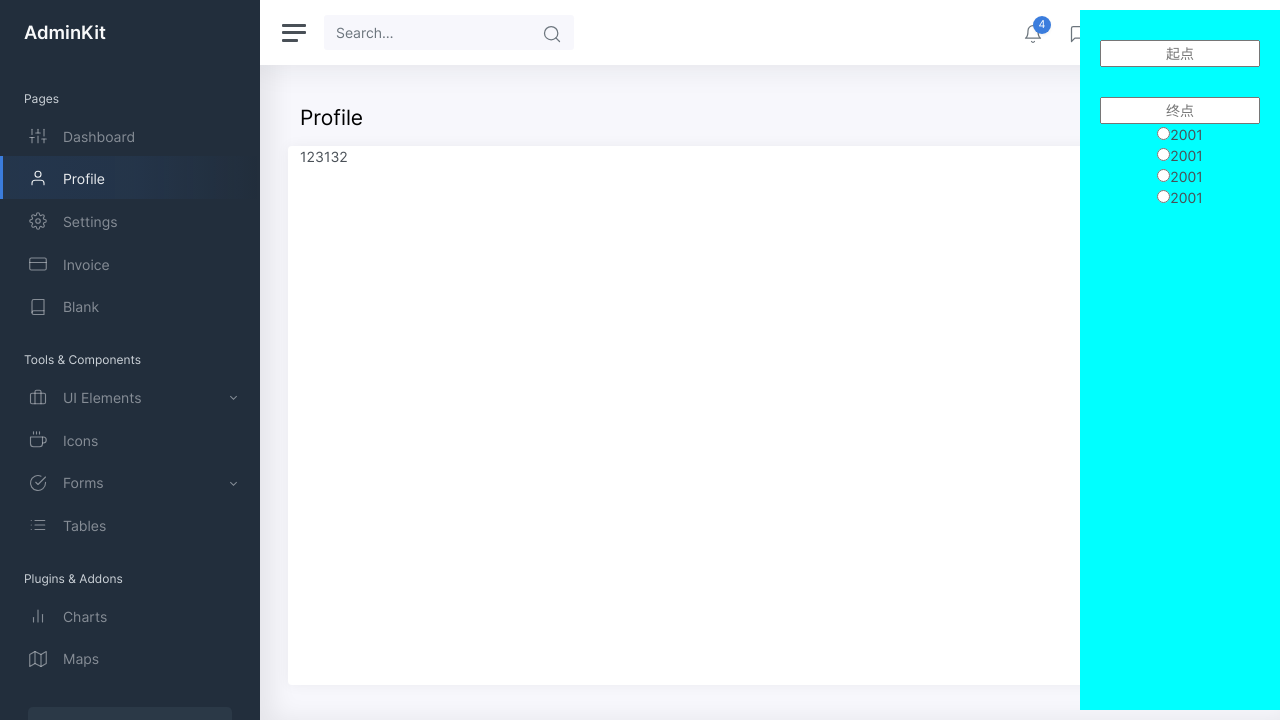
Repository: yuwei0922/WHURS-WGIS
Page: final_project/pages-profile.html
These files come from the project's save history. The page is drawn as it stood at one moment and after the next save; the edit follows.
The browser window is 1280 px wide. The pictures show the whole page.

Above is the page before, as saved 2022-12-21 20:59:00.
Not found: final_project/js/vendor.js

After the next save:
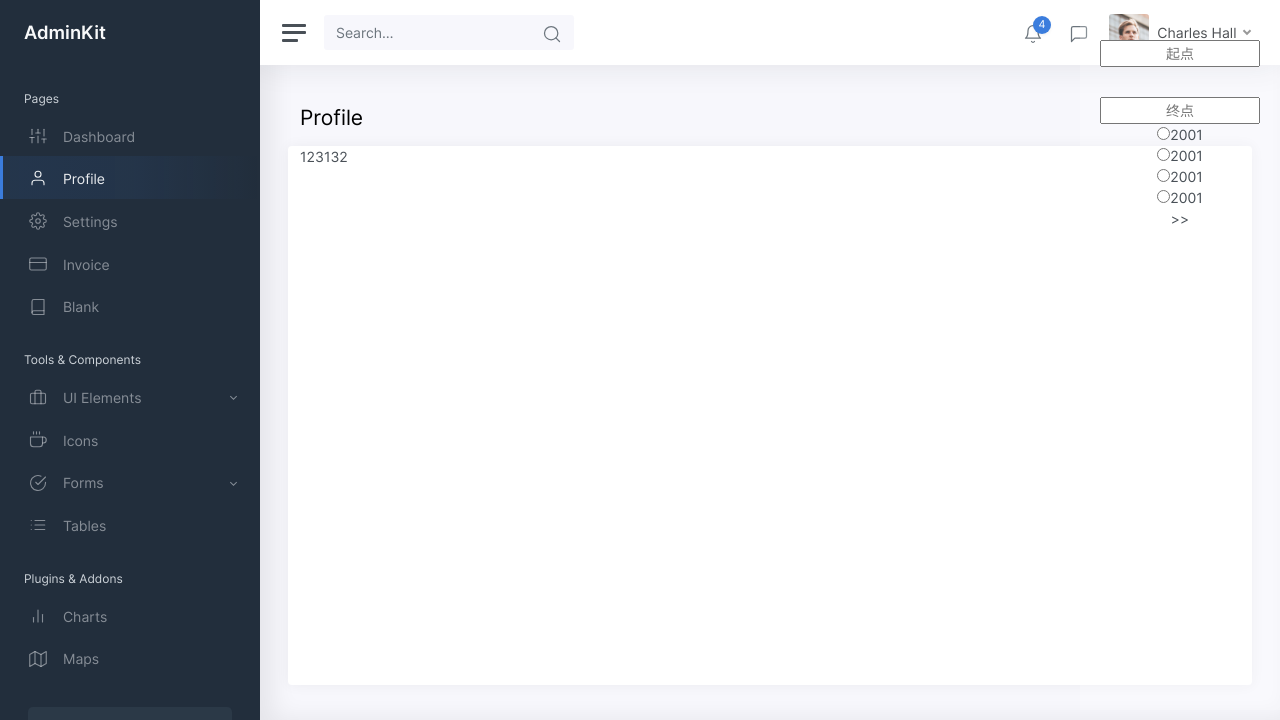
Saved 3 min 33 s later.
--- a/final_project/pages-profile.html
+++ b/final_project/pages-profile.html
@@ -319,6 +319,7 @@
 		<br>
 		<input type="radio" name="year" id="year" value="2001">2001
 		</form>
+		<div class="changedis">>></div>
 	</div>
 	</div>
 	<script src="js/vendor.js"></script>
--- a/final_project/css/content.css
+++ b/final_project/css/content.css
@@ -12,7 +12,7 @@
     top: 50%;
     right: 0;
     transform: translateY(-50%);
-    background-color:aqua ;
+    background-color:rgba(255,255,255,0.2) ;
     text-align: center;
     width: 200px;
 }
@@ -28,3 +28,7 @@
     width: 80%;
     text-align: center;
 }
+
+.changedis{
+
+}
